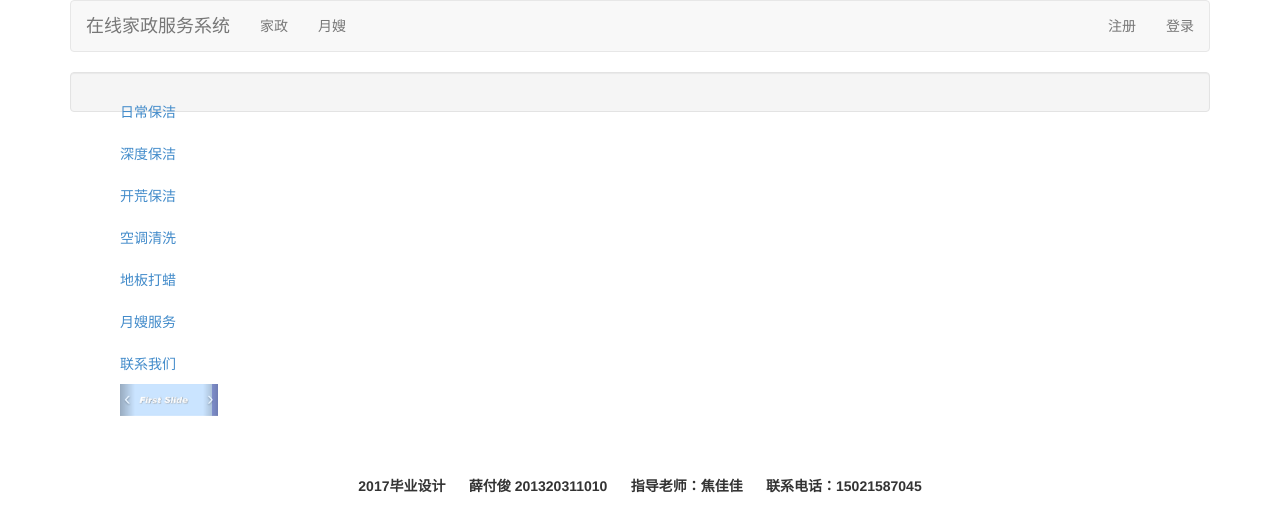
Repository: ELeonCXFJ/MyEclipseWS
Page: http://localhost/MyWeb/
The author's editor kept a copy of each file at every save. The page is drawn from the files as they stood at one save, then again after the next save.
The browser window is 1280 px wide. The pictures show the whole page.
The page is served by Tomcat 9. Nobody is signed in. The application's start-up code is not run.

Above is the page before, as saved 2017-03-21 04:47:39.

After the next save:
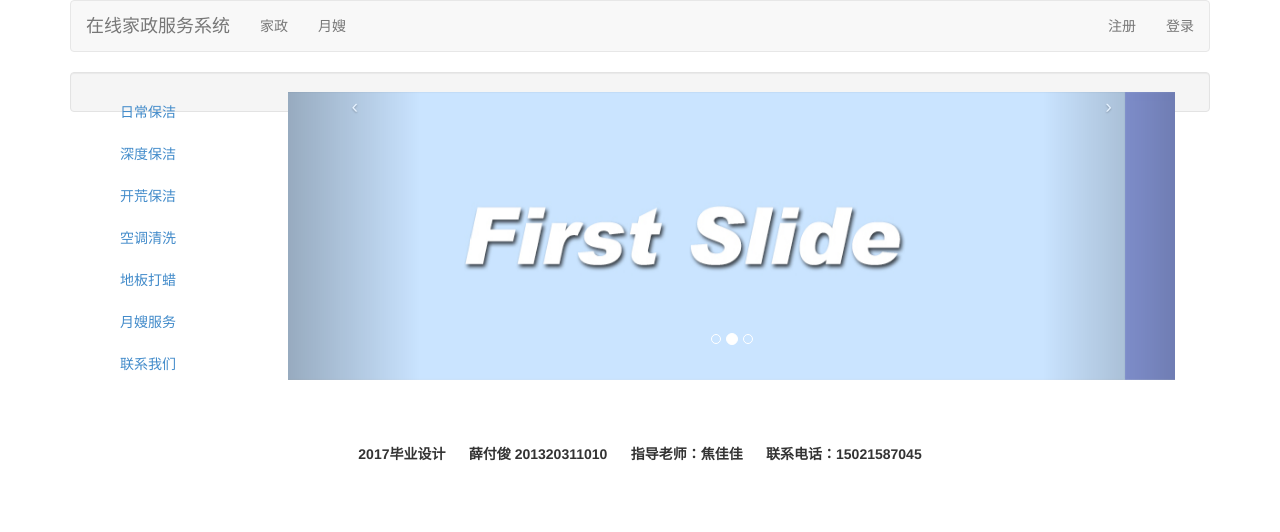
Saved 11 s later.
--- a/MyWeb/WebRoot/index.jsp
+++ b/MyWeb/WebRoot/index.jsp
@@ -29,7 +29,7 @@
 					<li><a href="#">月嫂服务</a></li>
 					<li><a href="#">联系我们</a></li>
 				</ul>
-
+		</div>
 
 		<div class="col-lg-10 col-md-10 col-xs-10 col-sm-10 center">
 		<!-- 轮播组件开始---------------------------- -->
@@ -62,8 +62,7 @@
 		</div>
 		</div>
 	</div>
-				</div>
-		</div>
+
 	</div>
 	<c:import url="bottom.jsp"></c:import>
 </body>
